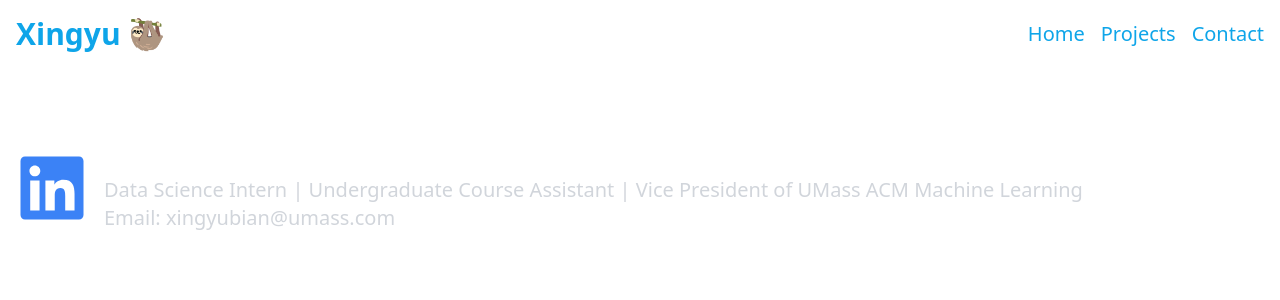
Repository: therealcyberlord/personal-portfolio
Page: /contact
The author's editor kept a copy of each file at every save. The page is drawn from the files as they stood at one save, then again after the next save.
The browser window is 1280 px wide. The pictures show the whole page.
The project was rebuilt for these pictures with package versions that can differ from the ones it lists, and the page was loaded fresh each time. Also part of the build but not shown: vite.config.ts, src/components/Profile.tsx, src/pages/Home.tsx, src/components/Project.tsx, src/pages/Projects.tsx.

Above is the page before, as saved 2023-08-14 18:33:07.

After the next save:
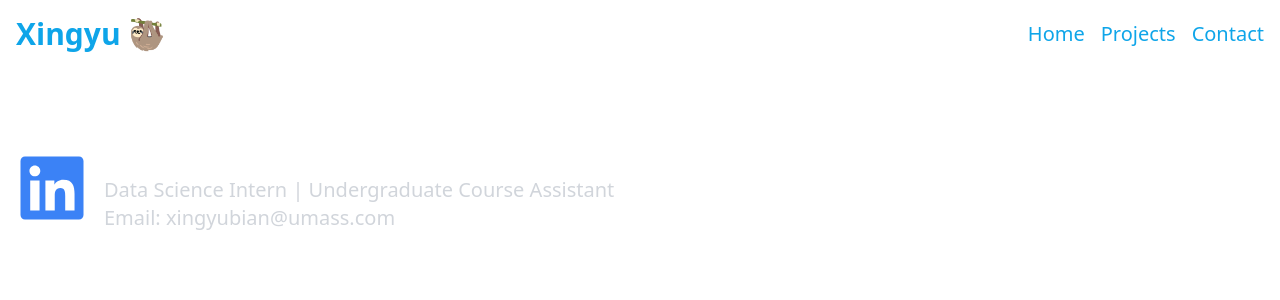
Saved 10 s later.
--- a/src/pages/Contact.tsx
+++ b/src/pages/Contact.tsx
@@ -18,8 +18,7 @@
         <div className="ml-4">
           <p className="text-white text-xl md:text-2xl">Xingyu Bian</p>
           <p className="text-gray-300 text-lg md:text-xl">
-            Data Science Intern | Undergraduate Course Assistant | Vice
-            President of UMass ACM Machine Learning
+            Data Science Intern | Undergraduate Course Assistant
           </p>
           <p className="text-gray-300 text-lg md:text-xl">
             Email: xingyubian@umass.com
